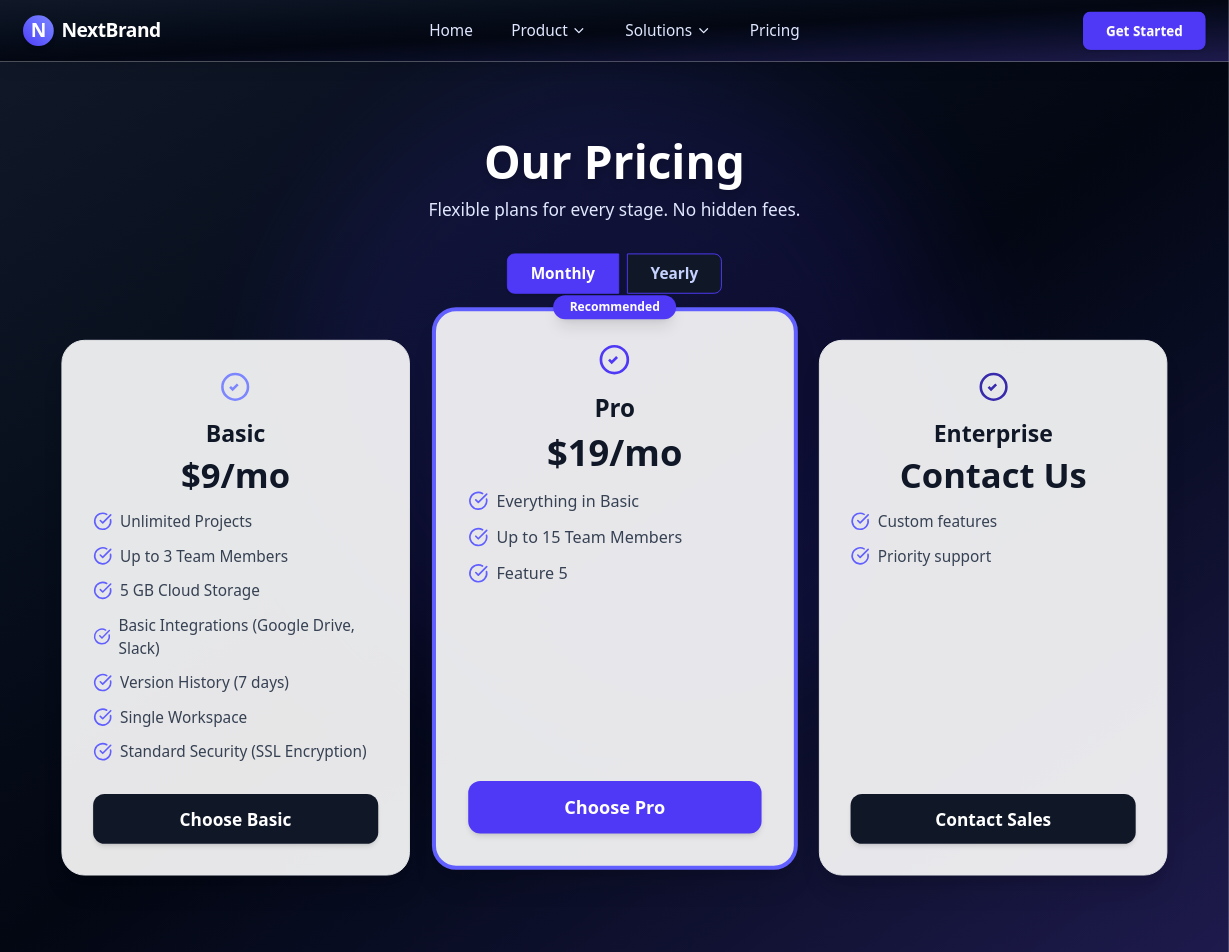
Repository: Chiranshukapil/Next_Brand
Page: /pricing
These files come from the project's save history. The page is drawn as it stood at one moment and after the next save; the edit follows.
The browser window is 1280 px wide. The pictures show the whole page, at 96% of full size.
The project was rebuilt for these pictures with package versions that can differ from the ones it lists, and the page was loaded fresh each time. Also part of the build but not shown: vite.config.js.

Above is the page before, as saved 2025-06-18 11:59:34.

After the next save:
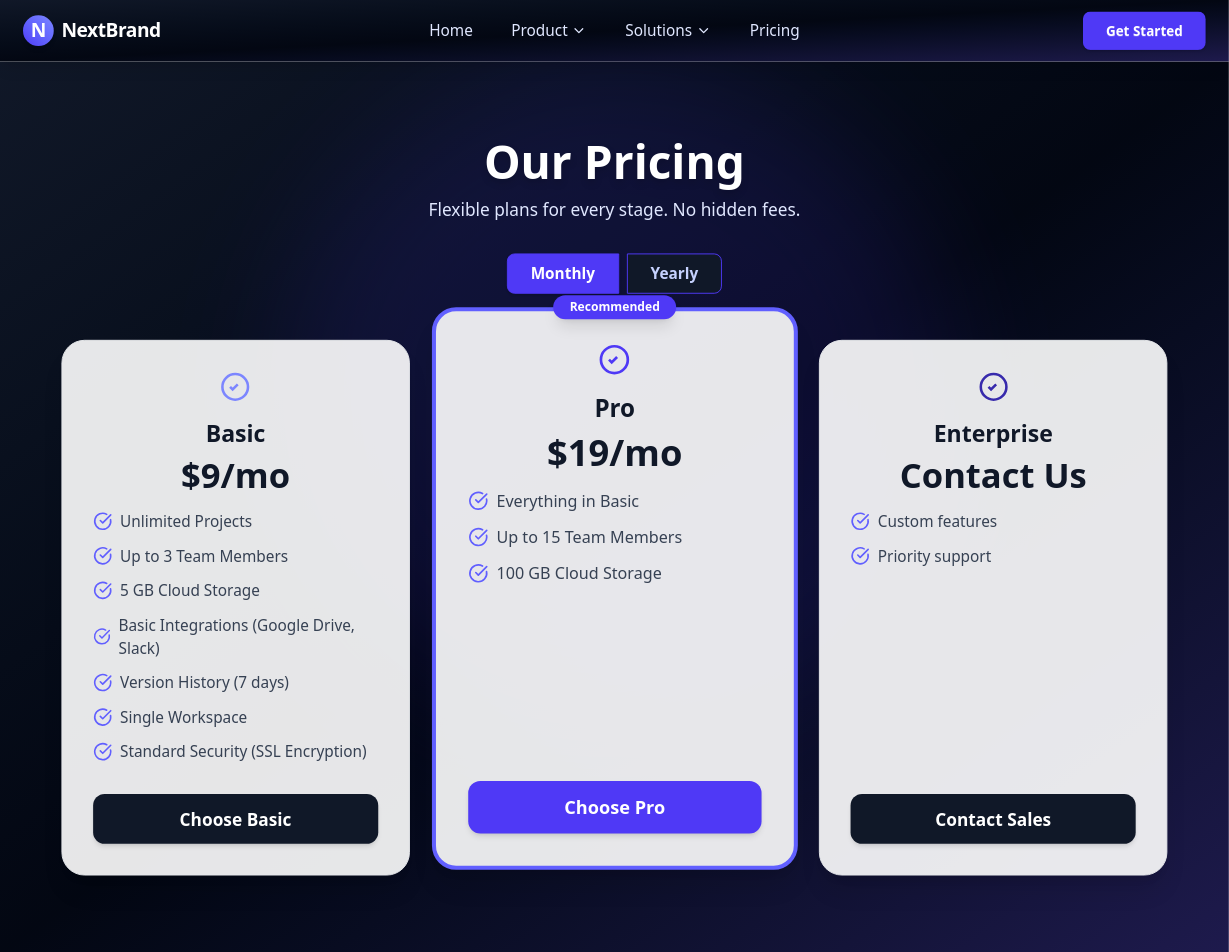
Saved 6 s later.
--- a/src/Components/PricingSection.jsx
+++ b/src/Components/PricingSection.jsx
@@ -17,7 +17,7 @@ const plans = [
     icon: <svg className="w-8 h-8 text-indigo-600" fill="none" stroke="currentColor" strokeWidth="2" viewBox="0 0 24 24"><circle cx="12" cy="12" r="10"/><path d="M8 12l2 2 4-4"/></svg>,
     monthly: 19,
     yearly: 190,
-    features: ["Everything in Basic", "Up to 15 Team Members", "Feature 5"],
+    features: ["Everything in Basic", "Up to 15 Team Members", "100 GB Cloud Storage"],
     recommended: true,
   },
   {
